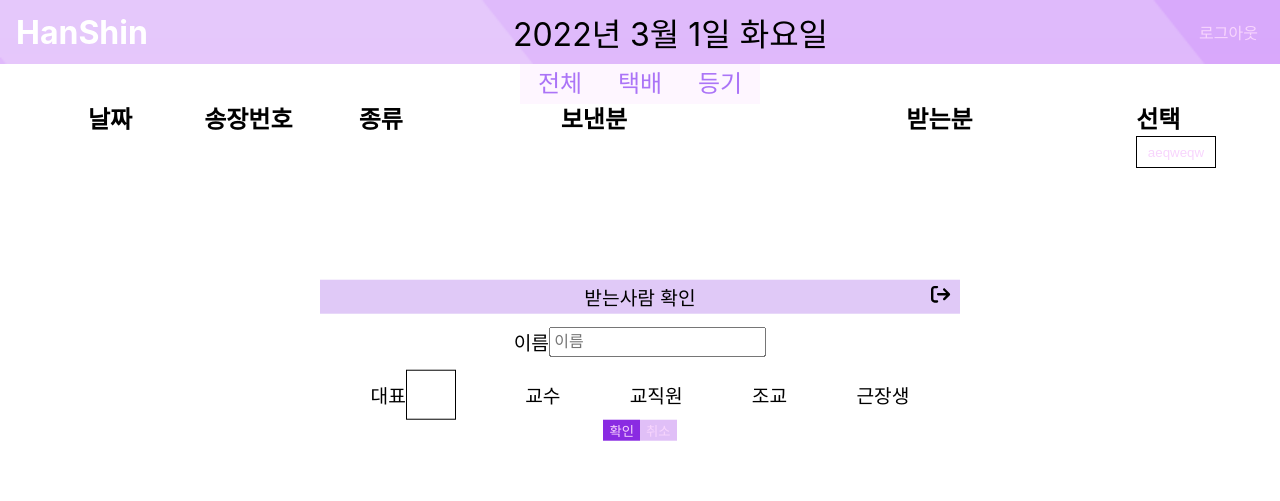
Repository: SeungYn/hanshinClient
Page: /, after clicking the first element matching `button.package_d2e76_submitBtn`
An editor plug-in stored every save of this project. The page is shown before and after the next save, followed by the edit.
The browser window is 1280 px wide. The pictures show the whole page.
The page's requests for data from a server got no answer. The project was rebuilt for these pictures with package versions that can differ from the ones it lists, and the page was loaded fresh each time. No one was signed in, and anything a server would have sent is missing. Also part of the build but not shown: src/App.css, src/components/item/item.jsx, src/components/addboxs/addBoxs.jsx.

Above is the page before, as saved 2022-03-01 02:34:43.

### public/index.html
<!DOCTYPE html>
<html lang="en">
  <head>
    <meta charset="utf-8" />
    <link rel="icon" href="%PUBLIC_URL%/favicon.ico" />
    <meta name="viewport" content="width=device-width, initial-scale=1" />
    <meta name="theme-color" content="#000000" />
    <meta
      name="description"
      content="Web site created using create-react-app"
    />
  </head>
  <body>
    <div id="root"></div>
  </body>
</html>

### src/index.css
html {
  height: 100%;
}
body {
  margin: 0;
  font-family: -apple-system, BlinkMacSystemFont, 'Segoe UI', 'Roboto', 'Oxygen',
    'Ubuntu', 'Cantarell', 'Fira Sans', 'Droid Sans', 'Helvetica Neue',
    sans-serif;
  -webkit-font-smoothing: antialiased;
  -moz-osx-font-smoothing: grayscale;
  height: 100%;
}
h1 {
  margin: 0;
}
code {
  font-family: source-code-pro, Menlo, Monaco, Consolas, 'Courier New',
    monospace;
}

* {
  box-sizing: border-box;
}
p,
h2 {
  margin: 0;
  padding: 0;
}

ul {
  list-style: none;
  margin: 0;
  padding: 0;
}

### src/App.jsx
import './App.css';
import Header from './components/header/header';
import Package from './components/package/package';
import { Route, Routes } from 'react-router-dom';
import AddBoxs from './components/addboxs/addBoxs';
function App() {
  return (
    <div className='app'>
      <Header />
      <Routes>
        <Route exact path='/' element={<Package />} />
        <Route exact path='/add' element={<AddBoxs />} />
      </Routes>
    </div>
  );
}

export default App;

### src/components/header/header.jsx
import React, { useEffect, useState } from 'react';
import styles from './header.module.css';

const Header = (props) => {
  const [date, setDate] = useState(new Date());
  const [month, setMonth] = useState('');
  const [year, setYear] = useState('');
  const [day, setDay] = useState('');
  const [dates, setDates] = useState('');

  useEffect(() => {
    setMonth(date.getMonth() + 1);
    switch (date.getDay()) {
      case 0:
        setDay('일');
        break;
      case 1:
        setDay('월');
        break;
      case 2:
        setDay('화');
        break;
      case 3:
        setDay('수');
        break;
      case 4:
        setDay('목');
        break;
      case 5:
        setDay('금');
        break;
      case 6:
        setDay('토');
        break;
    }
    setYear(date.getFullYear());
    setDates(date.getDate());
  }, [date, month, year, dates, day]);

  return (
    <header className={styles.headers}>
      <h1 className={styles.title}>HanShin</h1>
      <p
        className={styles.day}
      >{`${year}년 ${month}월 ${dates}일 ${day}요일`}</p>
      <nav className={styles.menu}>
        <button className={styles.menu__item}>로그아웃</button>
      </nav>
    </header>
  );
};

export default Header;

### src/components/package/package.jsx
import React, { useEffect, useState } from 'react';
import Item from '../item/item';
import ReceiverInput from '../receiverInput/receiverInput';
import styles from './package.module.css';

const Package = (props) => {
  const [item, setItem] = useState([]);

  const [selectedPackages, setSelectedPackages] = useState([]);
  const [receiverInputActivate, setReceiverInputActivate] = useState(false);

  const addList = (box) => {
    //축약 : setSelectedPackages([...selectedPackages, box]);
    const list = [...selectedPackages, box];
    setSelectedPackages(list);
  };

  const removeList = (box) => {
    const list = selectedPackages.filter((item) => {
      if (item.boxId !== box.boxId) {
        return item;
      }
    });

    setSelectedPackages(list);
  };

  const onSubmit = () => {
    console.log(selectedPackages);
    setReceiverInputActivate(true);
  };

  useEffect(() => {
    fetch('http://localhost:8080/packages/') //
      .then((data) => data.json())
      .then((data) => setItem(data));
  }, []);

  return (
    <div className={styles.package}>
      <nav className={styles.navbar}>
        <div className={styles.navbar__item}>전체</div>
        <div className={styles.navbar__item}>택배</div>
        <div className={styles.navbar__item}>등기</div>
      </nav>

      <section className={styles.contents}>
        <ul className={styles.itemList}>
          <li className={styles.items}>
            <h2 className={styles.item}>날짜</h2>
            <h2 className={styles.item}>송장번호</h2>
            <h2 className={styles.item}>종류</h2>
            <h2 className={styles.item}>보낸분</h2>
            <h2 className={styles.item}>받는분</h2>
            <h2 className={styles.item}>선택</h2>
          </li>
          {item.map((box) => (
            <Item
              key={box.boxId}
              item={box}
              addList={addList}
              removeList={removeList}
            />
          ))}
        </ul>
      </section>
      <button className={styles.submitBtn} onClick={onSubmit}>
        aeqweqw
      </button>
      {receiverInputActivate ? (
        <ReceiverInput selectedPackages={selectedPackages} />
      ) : (
        ''
      )}
    </div>
  );
};

export default Package;

### src/components/header/header.module.css
.headers {
  background: no-repeat url('./backimg.png');
  background-size: cover;
  height: 4rem;
  display: flex;
  justify-content: space-between;
  align-items: center;
  padding: 0.1rem 1rem;
}

.title {
  color: white;
}
.day {
  font-size: 2rem;
}
.menu__item {
  border: 0;
  background: none;
  font-size: 1rem;
}

### src/components/receiverInput/receiverInput.jsx
import React from 'react';
import styles from './receiverInput.module.css';
import { FontAwesomeIcon } from '@fortawesome/react-fontawesome';
import { faArrowRightFromBracket } from '@fortawesome/free-solid-svg-icons';

const ReceiverInput = ({ selectedPackages }) => {
  console.log(selectedPackages);
  return (
    <form className={styles.receiverForm}>
      <header className={styles.receiverForm__header}>
        <p className={styles.reveiverForm__header__title}>받는사람 확인</p>
        <p className={styles.reveiverForm__header__exit}>
          <FontAwesomeIcon icon={faArrowRightFromBracket}></FontAwesomeIcon>
        </p>
      </header>
      <section className={styles.receiverForm__body}>
        <div className={styles.name__group}>
          <p className={styles.input__title}>이름</p>
          <input type='text' placeholder='이름' />
        </div>
        <ul className={styles.radio__group}>
          <li className={styles.radio__label__group}>
            <label htmlFor='대표' className={styles.radio__label}>
              대표
              <span className={styles.checkedBox}></span>
            </label>
            <input type='radio' id='대표' name='position' value='대표' />
          </li>

          <li className={styles.radio__label__group}>
            <input type='radio' id='교수' name='position' value='교수' />
            <label htmlFor='교수' className={styles.radio__label}>
              교수
            </label>
          </li>

          <li className={styles.radio__label__group}>
            <label htmlFor='교직원' className={styles.radio__label}>
              교직원
            </label>
            <input type='radio' id='교직원' name='position' value='교직원' />
          </li>

          <li className={styles.radio__label__group}>
            <label htmlFor='조교' className={styles.radio__label}>
              조교
            </label>
            <input type='radio' id='조교' name='position' value='조교' />
          </li>

          <li className={styles.radio__label__group}>
            <label htmlFor='근장생' className={styles.radio__label}>
              근장생
            </label>
            <input type='radio' id='근장생' name='position' value='근장생' />
          </li>
        </ul>

        <ul className={styles.packageList}>
          {selectedPackages.map((item) => (
            <li key={item.boxId}>
              <span>{item.date}</span>
              <span>{item.boxId}</span>
              <span>{item.kind}</span>
              <span>{item.sender}</span>
              <span>{item.receiver}</span>
            </li>
          ))}
        </ul>
      </section>
      <div className={styles.receiverForm__Footer}>
        <button
          type='button'
          className={`${styles.receiverBtn} ${styles.check}`}
        >
          확인
        </button>
        <button
          type='button'
          className={`${styles.receiverBtn} ${styles.cancel}`}
        >
          취소
        </button>
      </div>
    </form>
  );
};

export default ReceiverInput;

### src/components/package/package.module.css
.package {
  width: 100%;
  height: 100%;
  display: flex;
  flex-direction: column;
  align-items: center;
}

.navbar {
  display: flex;
  justify-content: center;
  color: #ab74f7;
  width: 100%;
}

.navbar__item {
  text-align: center;
  line-height: 1.5rem;
  font-size: 1.5rem;
  flex-basis: 5rem;
  background-color: #fef6ff;
  padding: 0.5rem;
}

.navbar__item:hover {
  background-color: #ab74f7;
  color: #fef6ff;
  cursor: pointer;
}

.itemList {
  height: 100%;
  display: grid;
  grid-auto-rows: minmax(2rem, auto);
}

.items {
  display: grid;
  grid-template-columns: 8% 16% 7% 30% 30% 8%;
  height: 2rem;
}

h2 {
  text-align: center;
  line-height: 2rem;
}

.contents {
  width: 90%;
}

.submitBtn {
  align-self: flex-end;
  margin-right: 5%;
  border: 1px solid black;
  height: 2rem;
  width: 5rem;
}

.submitBtn:hover {
  cursor: pointer;
}

### src/components/addboxs/addBoxs.module.css
input:focus {
  outline: none;
}

.addContainer {
  width: 100%;
  height: 100%;
  display: flex;
  flex-direction: column;
  align-items: center;
}

.addFormHeader {
  width: 100%;
  display: grid;
  grid-template-columns: 8% 12% 4% 24% 24% 10% 7% 7% 2%;
  justify-content: center;
  color: #8541f6;
  column-gap: 0.2rem;
}

.item {
  font-size: 1rem;
}

.addForm {
  width: 100%;
  height: 100%;
  padding: 1rem;
}
/* 8% 10% 5% 27% 27% 8% 7% 7%; */
.items {
  display: grid;
  grid-template-columns: 8% 12% 4% 24% 24% 10% 7% 7% 2%;
  align-items: center;
  column-gap: 0.2rem;
  margin-top: 0.5rem;
}
.minus {
  padding: 0;
}

input[type='text'] {
  height: 1.8rem;
  font-size: 1rem;
  padding: 0.8rem 0.2rem;
}

.countText {
  border: 1px solid #8541f6;
}

button {
  background-color: transparent;
  border: none;
  color: #f8d5fd;
}
.bottom {
  height: 100%;
  width: 100%;
  display: flex;
  justify-content: space-between;
  padding: 0 1rem;
}
.bottomBtn {
  display: flex;
}

.bottom::before {
  content: '.';
  color: transparent;
}

.addBtn:hover {
  cursor: pointer;
  color: #e5a3ff;
}

.sendBtn {
  font-size: 1rem;
}

.test {
  width: 112px;
}

### src/components/item/item.module.css
.items {
  display: grid;
  grid-template-columns: 8% 17% 7% 30% 30% 8%;
  align-items: center;
  border: 1px solid black;
}

.items p:not(:last-child) {
  border-right: 1px solid black;
  height: 100%;
  display: flex;
  align-items: center;
  justify-content: center;
}

.items:hover {
  background-color: #fef6ff;
}

p {
  /* 크기를 넘기면 자동으로 줄바꿈 */
  text-align: center;
  overflow-wrap: break-word;
  font-size: 1.2rem;
}

.selectBtn {
  color: white;
  background-color: #ab74f7;
  width: 100%;
  height: 100%;
}

.selected {
  background-color: black;
}

.unSelected {
  background-color: #ab74f7;
}

.selectBtn:hover {
  cursor: pointer;
}

### src/components/receiverInput/receiverInput.module.css
.receiverForm {
  /* #e0c9f7 */
  background-color: white;
  width: 50%;
  position: fixed;
  top: 50%;
  left: 50%;
  transform: translate(-50%, -50%);
  display: flex;
  flex-direction: column;
  align-items: center;
}

.receiverForm__header {
  background-color: #e0c9f7;
  position: relative;
  display: flex;
  justify-content: center;
  padding: 0.2rem 0;
  width: 100%;
}

.reveiverForm__header__exit {
  position: absolute;
  right: 10px;
}

.receiverForm__body {
  padding: 0px 1rem;
  width: 100%;
  display: flex;
  flex-direction: column;
  align-items: center;
}

.radio__group {
  display: flex;
  font-size: 1.2rem;
  justify-content: space-around;
  width: 100%;
  margin-top: 0.8rem;
  align-items: center;
}

input[type='radio'] {
  display: none;
}

.checkedBox {
  padding: 1rem;
  border: 1px solid black;
}

.checkedBox:after {
  content: ' ';
  display: block;
  width: 1rem;
  height: 1rem;
}

input[type='radio']:checked .radio__label .checkedBox {
  background-color: aqua;
}

.radio__label {
  display: flex;
  align-items: center;
}

.name__group {
  display: flex;
  margin-top: 0.8rem;
  align-items: center;
}

.packageList {
  width: 90%;
  background-color: white;
  max-height: 50%;
  overflow: scroll;
}

.check {
  background-color: blueviolet;
}

.cancel {
  background-color: #e0bff7;
}

Loaded but not shown: src/index.js (common file)

After the next save:
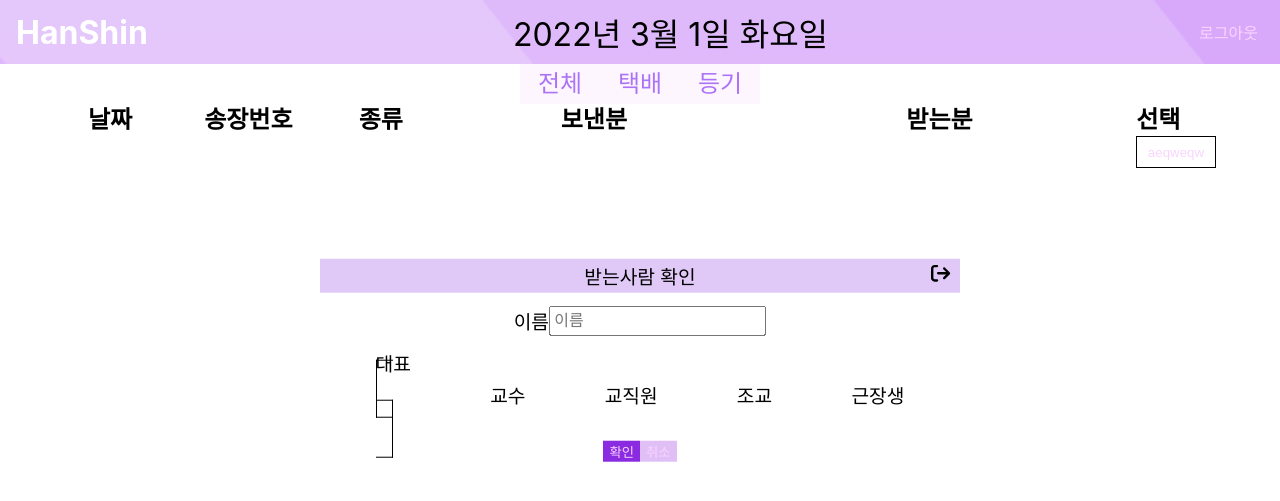
Saved 29 s later.
--- a/src/components/receiverInput/receiverInput.jsx
+++ b/src/components/receiverInput/receiverInput.jsx
@@ -22,9 +22,9 @@ const ReceiverInput = ({ selectedPackages }) => {
           <li className={styles.radio__label__group}>
             <label htmlFor='대표' className={styles.radio__label}>
               대표
-              <span className={styles.checkedBox}></span>
             </label>
             <input type='radio' id='대표' name='position' value='대표' />
+            <span className={styles.checkedBox}></span>
           </li>
 
           <li className={styles.radio__label__group}>
